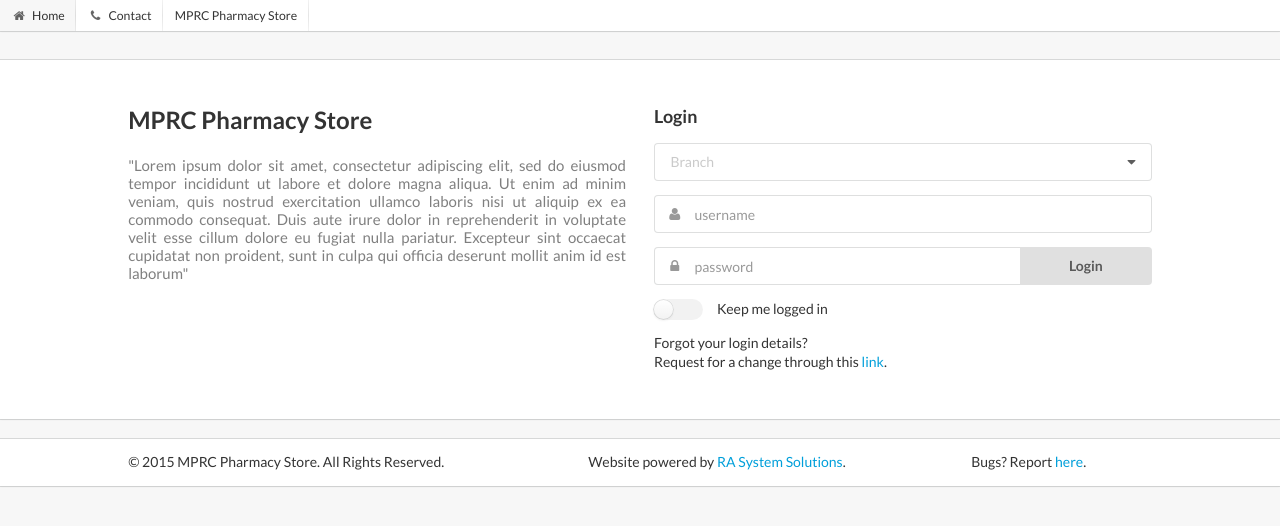
Repository: thdrwngkd/oims
Page: public/index.html
The author's editor kept a record of every edit. The page is drawn from the files as they stood at one moment, then again after the next edit.
The browser window is 1280 px wide. The pictures show the whole page.

Above is the page before.

### public/index.html
<!DOCTYPE html>
<html>
  <head>
    <!-- Standard Meta -->
    <meta charset="utf-8" />
    <meta http-equiv="X-UA-Compatible" content="IE=edge,chrome=1" />
    <meta name="viewport" content="width=device-width, initial-scale=1.0, maximum-scale=1.0">

    <!-- Site Properities -->
    <title>Online Inventory Management</title>

    <link href="../dist/googleapis.css" rel="stylesheet" type="text/css">
    <link href="../dist/semantic.css"   rel="stylesheet" type="text/css">
    <link href="../src/css/base.css"    rel="stylesheet" type="text/css">

    <script src="../dist/jquery.js"></script>
    <script src="../dist/jquery.address.js"></script>
    <script src="../dist/semantic.js"></script>

  </head>
  <body>
    <!-- Start  Header Navbar -->
    <header>
      <nav class="ui fixed fluid main small menu">
        <a class="item" href="#"><i class="home icon"></i>  Home</a>
        <a class="item" href="#"><i class="call icon"></i>  Contact</a>
        <a class="item">MPRC Pharmacy Store</a>
      </nav>
    </header>
    <!-- End    Header Navbar -->
    <div class="clear height sixty pixels"></div>
    <!-- Start  Section Masthead Segment -->
    <section class="ui center segment clear">
      <div class="ui stackable page grid top-bottom margin twenty pixels">
        <div class="two column row">
          <div class="column">
            <h2 class="ui header">
              MPRC Pharmacy Store
              <div class="sub header" style="margin-top: 20px; text-align: justify">
                "Lorem ipsum dolor sit amet, consectetur adipiscing elit, sed do eiusmod tempor incididunt ut labore et dolore magna aliqua. Ut enim ad minim veniam, quis nostrud exercitation ullamco laboris nisi ut aliquip ex ea commodo consequat. Duis aute irure dolor in reprehenderit in voluptate velit esse cillum dolore eu fugiat nulla pariatur. Excepteur sint occaecat cupidatat non proident, sunt in culpa qui officia deserunt mollit anim id est laborum"
              </div>
            </h2>
          </div>
          <div class="column">
            <h3 class="ui header">
              Login
            </h3>
            <form class="ui fluid form">
              <div class="field">
                <div class="ui selection dropdown">
                  <input type="hidden" name="gender">
                  <div class="default text">Branch</div>
                  <i class="dropdown icon"></i>
                  <div class="menu">
                    <div class="item" data-value="male">Pag-Asa</div>
                    <div class="item" data-value="female">Daang Tubo</div>
                  </div>
                </div>
              </div>
              <div class="field">
                <div class="ui left icon input">
                  <input type="text" placeholder="username">
                  <i class="user icon"></i>
                </div>
              </div>
              <div class="field">
                <div class="ui left icon action input">
                  <i class="lock icon"></i>
                  <input name="email" type="text" placeholder="password">
                  <div class="ui submit button">Login</div>
                </div>
              </div>
              <div class="field">
                <div class="ui toggle checkbox">
                  <input type="checkbox" name="keep_logged" value="x">
                  <label>Keep me logged in</label>
                </div>
              </div>
              <div class="field">
                <p>Forgot your login details?<br>Request for a change through this <a href="forgot-password.html">link</a>.</p>
              </div>
            </form>
          </div>
        </div>
      </div>

    </section>
    <!-- End    Projects Section -->
    <div class="clear height twenty pixels"></div>
    <!-- Start  About Section -->
    <section class="ui footer segment clear">
      <div class="ui page grid">
        <div class="row">
          <div class="seven wide column">
            <p>© 2015 MPRC Pharmacy Store. All Rights Reserved.</p>
          </div>
          <div class="five wide column">
            <p>Website powered by <a href="">RA System Solutions</a>.</p>
          </div>
          <div class="right aligned three wide column">
            <p>Bugs? Report <a href="">here</a>.</p>
          </div>
        </div>
      </div>
    </section>
    <!-- End    About Section -->
    <!-- Javascript Imports -->
      <script src="../dist/base.js"></script>
    <!-- Javascript Imports -->
  </body>
</html>

### dist/googleapis.css
/* cyrillic-ext */
@font-face {
  font-family: 'Open Sans';
  font-style: normal;
  font-weight: 300;
  src: local('Open Sans Light'), local('OpenSans-Light'), url(http://fonts.gstatic.com/s/opensans/v10/DXI1ORHCpsQm3Vp6mXoaTSUUniRZcd_wq8DYmIfsw2A.woff2) format('woff2');
  unicode-range: U+0460-052F, U+20B4, U+2DE0-2DFF, U+A640-A69F;
}
/* cyrillic */
@font-face {
  font-family: 'Open Sans';
  font-style: normal;
  font-weight: 300;
  src: local('Open Sans Light'), local('OpenSans-Light'), url(http://fonts.gstatic.com/s/opensans/v10/DXI1ORHCpsQm3Vp6mXoaTeXREeHhJi4GEUJI9ob_ak4.woff2) format('woff2');
  unicode-range: U+0400-045F, U+0490-0491, U+04B0-04B1, U+2116;
}
/* devanagari */
@font-face {
  font-family: 'Open Sans';
  font-style: normal;
  font-weight: 300;
  src: local('Open Sans Light'), local('OpenSans-Light'), url(http://fonts.gstatic.com/s/opensans/v10/DXI1ORHCpsQm3Vp6mXoaTY0Uz7fbu6RM5MPetubMKio.woff2) format('woff2');
  unicode-range: U+02BC, U+0900-097F, U+1CD0-1CF6, U+1CF8-1CF9, U+200B-200D, U+20A8, U+20B9, U+25CC, U+A830-A839, U+A8E0-A8FB;
}
/* greek-ext */
@font-face {
  font-family: 'Open Sans';
  font-style: normal;
  font-weight: 300;
  src: local('Open Sans Light'), local('OpenSans-Light'), url(http://fonts.gstatic.com/s/opensans/v10/DXI1ORHCpsQm3Vp6mXoaTfzy0yu4vcvNhe7QLuoE8rU.woff2) format('woff2');
  unicode-range: U+1F00-1FFF;
}
/* greek */
@font-face {
  font-family: 'Open Sans';
  font-style: normal;
  font-weight: 300;
  src: local('Open Sans Light'), local('OpenSans-Light'), url(http://fonts.gstatic.com/s/opensans/v10/DXI1ORHCpsQm3Vp6mXoaTc9-ZSaZ3mOOsU9E1f6DGWc.woff2) format('woff2');
  unicode-range: U+0370-03FF;
}
/* vietnamese */
@font-face {
  font-family: 'Open Sans';
  font-style: normal;
  font-weight: 300;
  src: local('Open Sans Light'), local('OpenSans-Light'), url(http://fonts.gstatic.com/s/opensans/v10/DXI1ORHCpsQm3Vp6mXoaTYZI5FoslwusAsZHK_V0XCI.woff2) format('woff2');
  unicode-range: U+0102-0103, U+1EA0-1EF1, U+20AB;
}
/* latin-ext */
@font-face {
  font-family: 'Open Sans';
  font-style: normal;
  font-weight: 300;
  src: local('Open Sans Light'), local('OpenSans-Light'), url(http://fonts.gstatic.com/s/opensans/v10/DXI1ORHCpsQm3Vp6mXoaTRUOjZSKWg4xBWp_C_qQx0o.woff2) format('woff2');
  unicode-range: U+0100-024F, U+1E00-1EFF, U+20A0-20AB, U+20AD-20CF, U+2C60-2C7F, U+A720-A7FF;
}
/* latin */
@font-face {
  font-family: 'Open Sans';
  font-style: normal;
  font-weight: 300;
  src: local('Open Sans Light'), local('OpenSans-Light'), url(http://fonts.gstatic.com/s/opensans/v10/DXI1ORHCpsQm3Vp6mXoaTegdm0LZdjqr5-oayXSOefg.woff2) format('woff2');
  unicode-range: U+0000-00FF, U+0131, U+0152-0153, U+02C6, U+02DA, U+02DC, U+2000-206F, U+2074, U+20AC, U+2212, U+2215, U+E0FF, U+EFFD, U+F000;
}
/* cyrillic-ext */
@font-face {
  font-family: 'Open Sans';
  font-style: normal;
  font-weight: 400;
  src: local('Open Sans'), local('OpenSans'), url(http://fonts.gstatic.com/s/opensans/v10/K88pR3goAWT7BTt32Z01m1tXRa8TVwTICgirnJhmVJw.woff2) format('woff2');
  unicode-range: U+0460-052F, U+20B4, U+2DE0-2DFF, U+A640-A69F;
}
/* cyrillic */
@font-face {
  font-family: 'Open Sans';
  font-style: normal;
  font-weight: 400;
  src: local('Open Sans'), local('OpenSans'), url(http://fonts.gstatic.com/s/opensans/v10/RjgO7rYTmqiVp7vzi-Q5UVtXRa8TVwTICgirnJhmVJw.woff2) format('woff2');
  unicode-range: U+0400-045F, U+0490-0491, U+04B0-04B1, U+2116;
}
/* devanagari */
@font-face {
  font-family: 'Open Sans';
  font-style: normal;
  font-weight: 400;
  src: local('Open Sans'), local('OpenSans'), url(http://fonts.gstatic.com/s/opensans/v10/ttwNtsRpgsxVmgGGmiUOEltXRa8TVwTICgirnJhmVJw.woff2) format('woff2');
  unicode-range: U+02BC, U+0900-097F, U+1CD0-1CF6, U+1CF8-1CF9, U+200B-200D, U+20A8, U+20B9, U+25CC, U+A830-A839, U+A8E0-A8FB;
}
/* greek-ext */
@font-face {
  font-family: 'Open Sans';
  font-style: normal;
  font-weight: 400;
  src: local('Open Sans'), local('OpenSans'), url(http://fonts.gstatic.com/s/opensans/v10/LWCjsQkB6EMdfHrEVqA1KVtXRa8TVwTICgirnJhmVJw.woff2) format('woff2');
  unicode-range: U+1F00-1FFF;
}
/* greek */
@font-face {
  font-family: 'Open Sans';
  font-style: normal;
  font-weight: 400;
  src: local('Open Sans'), local('OpenSans'), url(http://fonts.gstatic.com/s/opensans/v10/xozscpT2726on7jbcb_pAltXRa8TVwTICgirnJhmVJw.woff2) format('woff2');
  unicode-range: U+0370-03FF;
}
/* vietnamese */
@font-face {
  font-family: 'Open Sans';
  font-style: normal;
  font-weight: 400;
  src: local('Open Sans'), local('OpenSans'), url(http://fonts.gstatic.com/s/opensans/v10/59ZRklaO5bWGqF5A9baEEVtXRa8TVwTICgirnJhmVJw.woff2) format('woff2');
  unicode-range: U+0102-0103, U+1EA0-1EF1, U+20AB;
}
/* latin-ext */
@font-face {
  font-family: 'Open Sans';
  font-style: normal;
  font-weight: 400;
  src: local('Open Sans'), local('OpenSans'), url(http://fonts.gstatic.com/s/opensans/v10/u-WUoqrET9fUeobQW7jkRVtXRa8TVwTICgirnJhmVJw.woff2) format('woff2');
  unicode-range: U+0100-024F, U+1E00-1EFF, U+20A0-20AB, U+20AD-20CF, U+2C60-2C7F, U+A720-A7FF;
}
/* latin */
@font-face {
  font-family: 'Open Sans';
  font-style: normal;
  font-weight: 400;
  src: local('Open Sans'), local('OpenSans'), url(http://fonts.gstatic.com/s/opensans/v10/cJZKeOuBrn4kERxqtaUH3VtXRa8TVwTICgirnJhmVJw.woff2) format('woff2');
  unicode-range: U+0000-00FF, U+0131, U+0152-0153, U+02C6, U+02DA, U+02DC, U+2000-206F, U+2074, U+20AC, U+2212, U+2215, U+E0FF, U+EFFD, U+F000;
}
/* cyrillic-ext */
@font-face {
  font-family: 'Open Sans';
  font-style: normal;
  font-weight: 700;
  src: local('Open Sans Bold'), local('OpenSans-Bold'), url(http://fonts.gstatic.com/s/opensans/v10/k3k702ZOKiLJc3WVjuplzCUUniRZcd_wq8DYmIfsw2A.woff2) format('woff2');
  unicode-range: U+0460-052F, U+20B4, U+2DE0-2DFF, U+A640-A69F;
}
/* cyrillic */
@font-face {
  font-family: 'Open Sans';
  font-style: normal;
  font-weight: 700;
  src: local('Open Sans Bold'), local('OpenSans-Bold'), url(http://fonts.gstatic.com/s/opensans/v10/k3k702ZOKiLJc3WVjuplzOXREeHhJi4GEUJI9ob_ak4.woff2) format('woff2');
  unicode-range: U+0400-045F, U+0490-0491, U+04B0-04B1, U+2116;
}
/* devanagari */
@font-face {
  font-family: 'Open Sans';
  font-style: normal;
  font-weight: 700;
  src: local('Open Sans Bold'), local('OpenSans-Bold'), url(http://fonts.gstatic.com/s/opensans/v10/k3k702ZOKiLJc3WVjuplzI0Uz7fbu6RM5MPetubMKio.woff2) format('woff2');
  unicode-range: U+02BC, U+0900-097F, U+1CD0-1CF6, U+1CF8-1CF9, U+200B-200D, U+20A8, U+20B9, U+25CC, U+A830-A839, U+A8E0-A8FB;
}
/* greek-ext */
@font-face {
  font-family: 'Open Sans';
  font-style: normal;
  font-weight: 700;
  src: local('Open Sans Bold'), local('OpenSans-Bold'), url(http://fonts.gstatic.com/s/opensans/v10/k3k702ZOKiLJc3WVjuplzPzy0yu4vcvNhe7QLuoE8rU.woff2) format('woff2');
  unicode-range: U+1F00-1FFF;
}
/* greek */
@font-face {
  font-family: 'Open Sans';
  font-style: normal;
  font-weight: 700;
  src: local('Open Sans Bold'), local('OpenSans-Bold'), url(http://fonts.gstatic.com/s/opensans/v10/k3k702ZOKiLJc3WVjuplzM9-ZSaZ3mOOsU9E1f6DGWc.woff2) format('woff2');
  unicode-range: U+0370-03FF;
}
/* vietnamese */
@font-face {
  font-family: 'Open Sans';
  font-style: normal;
  font-weight: 700;
  src: local('Open Sans Bold'), local('OpenSans-Bold'), url(http://fonts.gstatic.com/s/opensans/v10/k3k702ZOKiLJc3WVjuplzIZI5FoslwusAsZHK_V0XCI.woff2) format('woff2');
  unicode-range: U+0102-0103, U+1EA0-1EF1, U+20AB;
}
/* latin-ext */
@font-face {
  font-family: 'Open Sans';
  font-style: normal;
  font-weight: 700;
  src: local('Open Sans Bold'), local('OpenSans-Bold'), url(http://fonts.gstatic.com/s/opensans/v10/k3k702ZOKiLJc3WVjuplzBUOjZSKWg4xBWp_C_qQx0o.woff2) format('woff2');
  unicode-range: U+0100-024F, U+1E00-1EFF, U+20A0-20AB, U+20AD-20CF, U+2C60-2C7F, U+A720-A7FF;
}
/* latin */
@font-face {
  font-family: 'Open Sans';
  font-style: normal;
  font-weight: 700;
  src: local('Open Sans Bold'), local('OpenSans-Bold'), url(http://fonts.gstatic.com/s/opensans/v10/k3k702ZOKiLJc3WVjuplzOgdm0LZdjqr5-oayXSOefg.woff2) format('woff2');
  unicode-range: U+0000-00FF, U+0131, U+0152-0153, U+02C6, U+02DA, U+02DC, U+2000-206F, U+2074, U+20AC, U+2212, U+2215, U+E0FF, U+EFFD, U+F000;
}
/* cyrillic-ext */
@font-face {
  font-family: 'Open Sans';
  font-style: italic;
  font-weight: 300;
  src: local('Open Sans Light Italic'), local('OpenSansLight-Italic'), url(http://fonts.gstatic.com/s/opensans/v10/PRmiXeptR36kaC0GEAetxnJcj75aoY2FkN1K7fN5pSM.woff2) format('woff2');
  unicode-range: U+0460-052F, U+20B4, U+2DE0-2DFF, U+A640-A69F;
}
/* cyrillic */
@font-face {
  font-family: 'Open Sans';
  font-style: italic;
  font-weight: 300;
  src: local('Open Sans Light Italic'), local('OpenSansLight-Italic'), url(http://fonts.gstatic.com/s/opensans/v10/PRmiXeptR36kaC0GEAetxn1Xmpo4ASt4tV2E8fbn9tc.woff2) format('woff2');
  unicode-range: U+0400-045F, U+0490-0491, U+04B0-04B1, U+2116;
}
/* devanagari */
@font-face {
  font-family: 'Open Sans';
  font-style: italic;
  font-weight: 300;
  src: local('Open Sans Light Italic'), local('OpenSansLight-Italic'), url(http://fonts.gstatic.com/s/opensans/v10/PRmiXeptR36kaC0GEAetxp0ZClPV6EjNt18zha_DeYY.woff2) format('woff2');
  unicode-range: U+02BC, U+0900-097F, U+1CD0-1CF6, U+1CF8-1CF9, U+200B-200D, U+20A8, U+20B9, U+25CC, U+A830-A839, U+A8E0-A8FB;
}
/* greek-ext */
@font-face {
  font-family: 'Open Sans';
  font-style: italic;
  font-weight: 300;
  src: local('Open Sans Light Italic'), local('OpenSansLight-Italic'), url(http://fonts.gstatic.com/s/opensans/v10/PRmiXeptR36kaC0GEAetxhvwU2jSZ_W3bMnLe__5hmc.woff2) format('woff2');
  unicode-range: U+1F00-1FFF;
}
/* greek */
@font-face {
  font-family: 'Open Sans';
  font-style: italic;
  font-weight: 300;
  src: local('Open Sans Light Italic'), local('OpenSansLight-Italic'), url(http://fonts.gstatic.com/s/opensans/v10/PRmiXeptR36kaC0GEAetxlG2YASMDG4K4_XuakzasE8.woff2) format('woff2');
  unicode-range: U+0370-03FF;
}
/* vietnamese */
@font-face {
  font-family: 'Open Sans';
  font-style: italic;
  font-weight: 300;
  src: local('Open Sans Light Italic'), local('OpenSansLight-Italic'), url(http://fonts.gstatic.com/s/opensans/v10/PRmiXeptR36kaC0GEAetxqRhChYxGgJf4PX4Wvk4Rlk.woff2) format('woff2');
  unicode-range: U+0102-0103, U+1EA0-1EF1, U+20AB;
}
/* latin-ext */
@font-face {
  font-family: 'Open Sans';
  font-style: italic;
  font-weight: 300;
  src: local('Open Sans Light Italic'), local('OpenSansLight-Italic'), url(http://fonts.gstatic.com/s/opensans/v10/PRmiXeptR36kaC0GEAetxo05NJhCxBV64hQBJiatqx0.woff2) format('woff2');
  unicode-range: U+0100-024F, U+1E00-1EFF, U+20A0-20AB, U+20AD-20CF, U+2C60-2C7F, U+A720-A7FF;
}
/* latin */
@font-face {
  font-family: 'Open Sans';
  font-style: italic;
  font-weight: 300;
  src: local('Open Sans Light Italic'), local('OpenSansLight-Italic'), url(http://fonts.gstatic.com/s/opensans/v10/PRmiXeptR36kaC0GEAetxko2lTMeWA_kmIyWrkNCwPc.woff2) format('woff2');
  unicode-range: U+0000-00FF, U+0131, U+0152-0153, U+02C6, U+02DA, U+02DC, U+2000-206F, U+2074, U+20AC, U+2212, U+2215, U+E0FF, U+EFFD, U+F000;
}
/* vietnamese */
@font-face {
  font-family: 'Source Sans Pro';
  font-style: normal;
  font-weight: 400;
  src: local('Source Sans Pro'), local('SourceSansPro-Regular'), url(http://fonts.gstatic.com/s/sourcesanspro/v9/ODelI1aHBYDBqgeIAH2zlNOAHFN6BivSraYkjhveRHY.woff2) format('woff2');
  unicode-range: U+0102-0103, U+1EA0-1EF1, U+20AB;
}
/* latin-ext */
@font-face {
  font-family: 'Source Sans Pro';
  font-style: normal;
  font-weight: 400;
  src: local('Source Sans Pro'), local('SourceSansPro-Regular'), url(http://fonts.gstatic.com/s/sourcesanspro/v9/ODelI1aHBYDBqgeIAH2zlC2Q8seG17bfDXYR_jUsrzg.woff2) format('woff2');
  unicode-range: U+0100-024F, U+1E00-1EFF, U+20A0-20AB, U+20AD-20CF, U+2C60-2C7F, U+A720-A7FF;
}
/* latin */
@font-face {
  font-family: 'Source Sans Pro';
  font-style: normal;
  font-weight: 400;
  src: local('Source Sans Pro'), local('SourceSansPro-Regular'), url(http://fonts.gstatic.com/s/sourcesanspro/v9/ODelI1aHBYDBqgeIAH2zlNV_2ngZ8dMf8fLgjYEouxg.woff2) format('woff2');
  unicode-range: U+0000-00FF, U+0131, U+0152-0153, U+02C6, U+02DA, U+02DC, U+2000-206F, U+2074, U+20AC, U+2212, U+2215, U+E0FF, U+EFFD, U+F000;
}
/* vietnamese */
@font-face {
  font-family: 'Source Sans Pro';
  font-style: normal;
  font-weight: 700;
  src: local('Source Sans Pro Bold'), local('SourceSansPro-Bold'), url(http://fonts.gstatic.com/s/sourcesanspro/v9/toadOcfmlt9b38dHJxOBGDovqjS_dXPZszO_XltPdNg.woff2) format('woff2');
  unicode-range: U+0102-0103, U+1EA0-1EF1, U+20AB;
}
/* latin-ext */
@font-face {
  font-family: 'Source Sans Pro';
  font-style: normal;
  font-weight: 700;
  src: local('Source Sans Pro Bold'), local('SourceSansPro-Bold'), url(http://fonts.gstatic.com/s/sourcesanspro/v9/toadOcfmlt9b38dHJxOBGFxe-GPfKKFmiXaJ_Q0GFr8.woff2) format('woff2');
  unicode-range: U+0100-024F, U+1E00-1EFF, U+20A0-20AB, U+20AD-20CF, U+2C60-2C7F, U+A720-A7FF;
}
/* latin */
@font-face {
  font-family: 'Source Sans Pro';
  font-style: normal;
  font-weight: 700;
  src: local('Source Sans Pro Bold'), local('SourceSansPro-Bold'), url(http://fonts.gstatic.com/s/sourcesanspro/v9/toadOcfmlt9b38dHJxOBGEo0As1BFRXtCDhS66znb_k.woff2) format('woff2');
  unicode-range: U+0000-00FF, U+0131, U+0152-0153, U+02C6, U+02DA, U+02DC, U+2000-206F, U+2074, U+20AC, U+2212, U+2215, U+E0FF, U+EFFD, U+F000;
}

### src/css/base.css

      .clear.height {
        height: 0;
      }

      .clear.height.ten.pixels {
        height: 10px;
      }

      .clear.height.twenty.pixels {
        height: 20px;
      }

      .clear.height.forty.pixels {
        height: 40px;
      }

      .clear.height.sixty.pixels {
        height: 60px;
      }

      .clear.height.eighty.pixels {
        height: 80px;
      }

      .clear.height.one.hundred.pixels {
        height: 100px;
      }

      .clear.height.two.hundred.pixels {
        height: 200px;
      }

      .ui.clear {
        border-radius: 0;
        margin: 0;
      }

      .ui.top-bottom.margin {
        margin-top: 100px;
        margin-bottom: 100px;
      }

      .ui.top-bottom.margin.ten.pixels {
        margin-top:     10px;
        margin-bottom:  10px;
      }

      .ui.top-bottom.margin.twenty.pixels {
        margin-top:     20px;
        margin-bottom:  20px;
      }

      .ui.top-bottom.margin.forty.pixels {
        margin-top:     40px;
        margin-bottom:  40px;
      }

      .ui.skill.label {
        margin-top: 4px;
        margin-bottom: 4px;
      }

      .bordered {
        border: 1px solid black;
      }

### dist/base.js
$(document).ready(function(){
  $('.dropdown').dropdown();
  $('.checkbox').checkbox();
});

Loaded but not shown: dist/semantic.css (library); dist/jquery.js (library); dist/jquery.address.js (library); dist/semantic.js (library)

After the next edit:
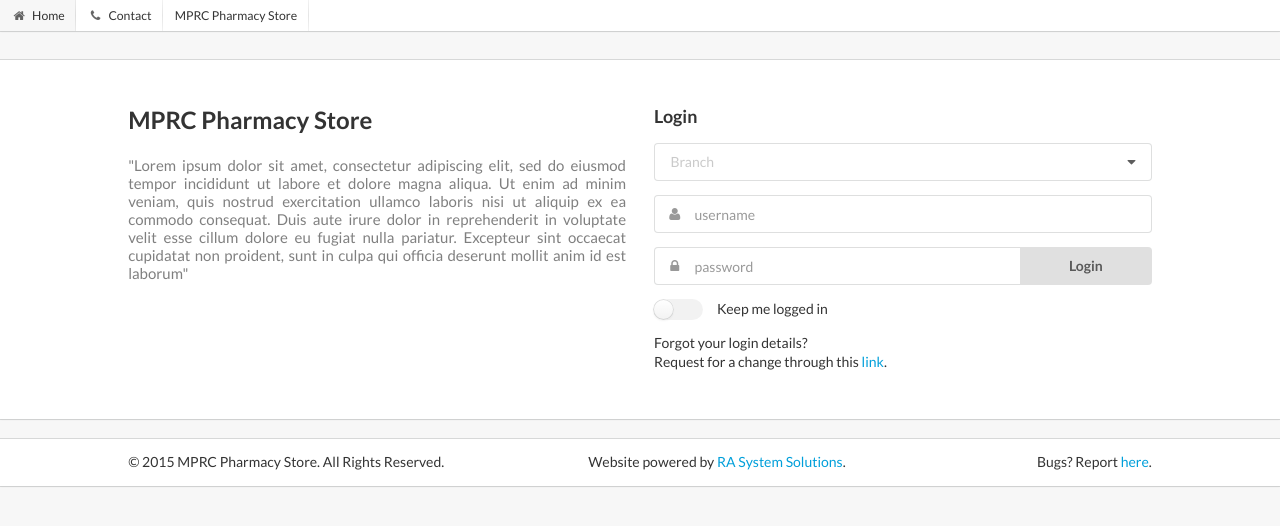
The edit:
--- a/public/index.html
+++ b/public/index.html
@@ -94,7 +94,7 @@
           <div class="seven wide column">
             <p>© 2015 MPRC Pharmacy Store. All Rights Reserved.</p>
           </div>
-          <div class="five wide column">
+          <div class="six wide column">
             <p>Website powered by <a href="">RA System Solutions</a>.</p>
           </div>
           <div class="right aligned three wide column">
